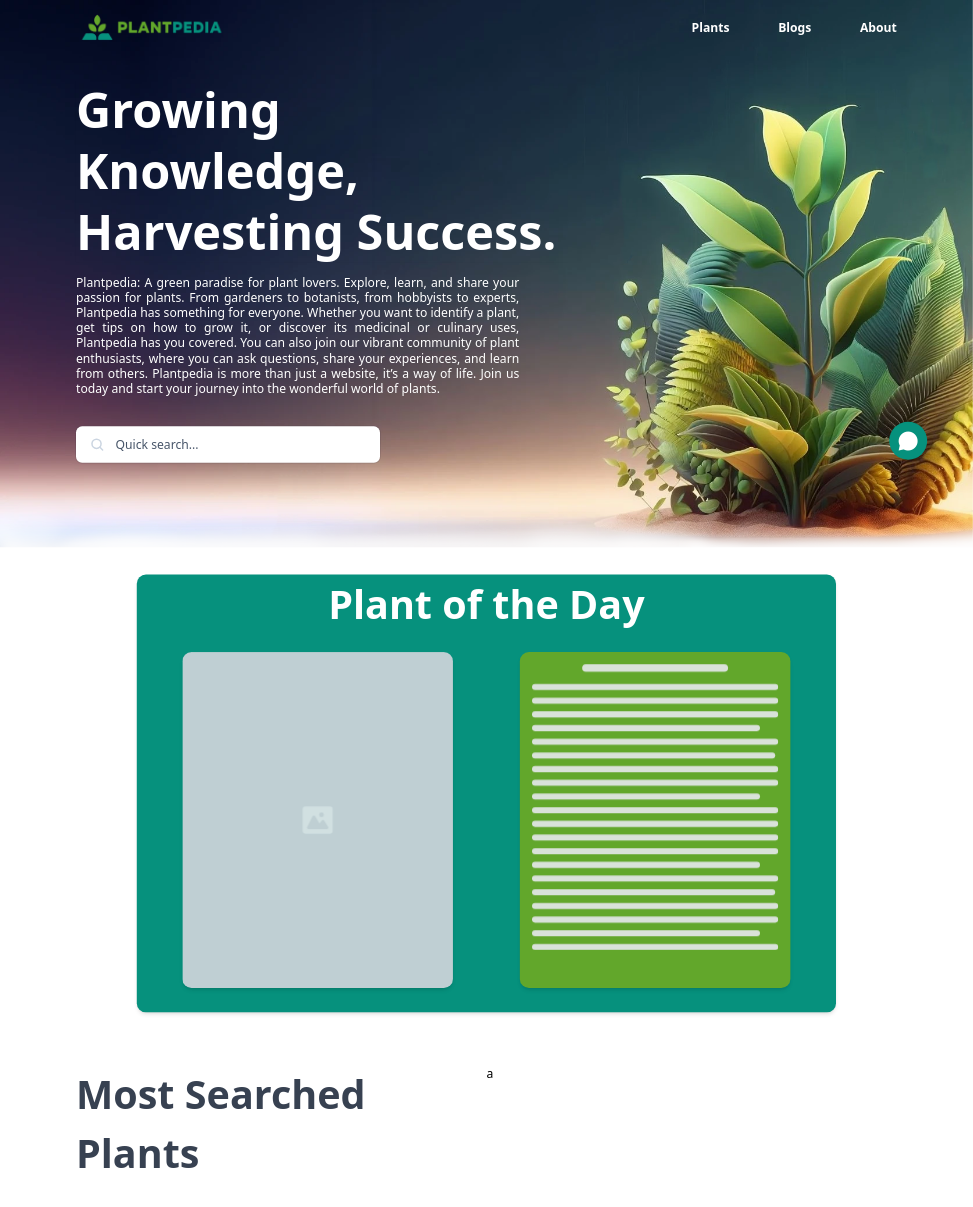
Repository: silham/PlantPedia
Page: /test/home
These files come from the project's save history. The page is drawn as it stood at one moment and after the next save; the edit follows.
The browser window is 1280 px wide. The pictures show the whole page, at 76% of full size.
The page's requests for data from a server got no answer. The project was rebuilt for these pictures with package versions that can differ from the ones it lists, and the page was loaded fresh each time. The framework's server and built-in components were replaced by stand-ins that run in the browser. No one was signed in, and anything a server would have sent is missing. Also part of the build but not shown: next.config.js, app/components/SearchBox.css, app/test/Chat/style.css, app/utils/Formatter.ts.

Above is the page before, as saved 2023-10-16 15:59:44.

After the next save:
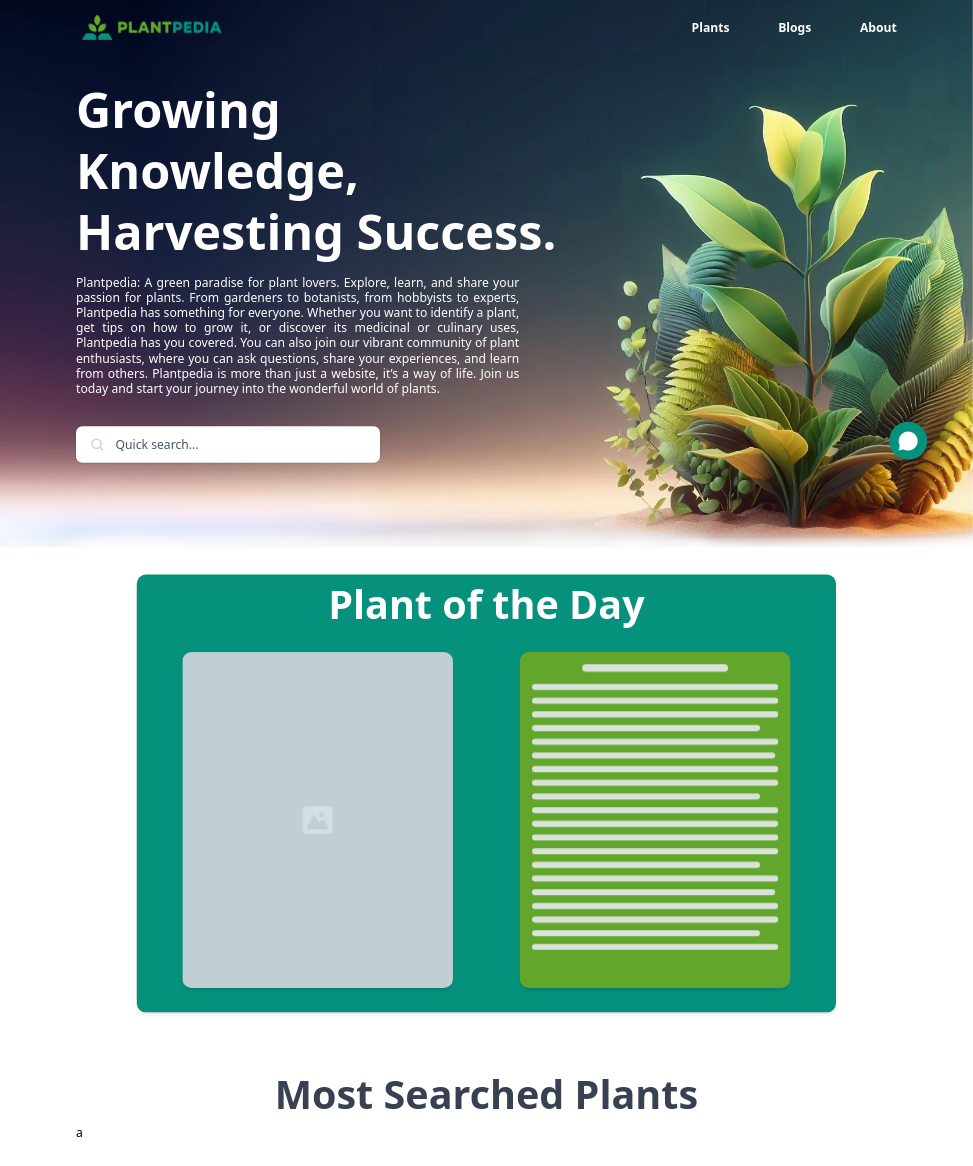
Saved 15 s later.
--- a/app/test/home/TrendingTopics.tsx
+++ b/app/test/home/TrendingTopics.tsx
@@ -2,7 +2,7 @@ import React from "react";
 
 const TrendingTopics = () => {
   return (
-    <div className="flex w-full py-8">
+    <div className="flex w-full py-8 flex-col">
       <div className="w-full flex justify-center h-[15%]">
         <h3 className="text-[52px] text-gray-700 font-black">
           Most Searched Plants
